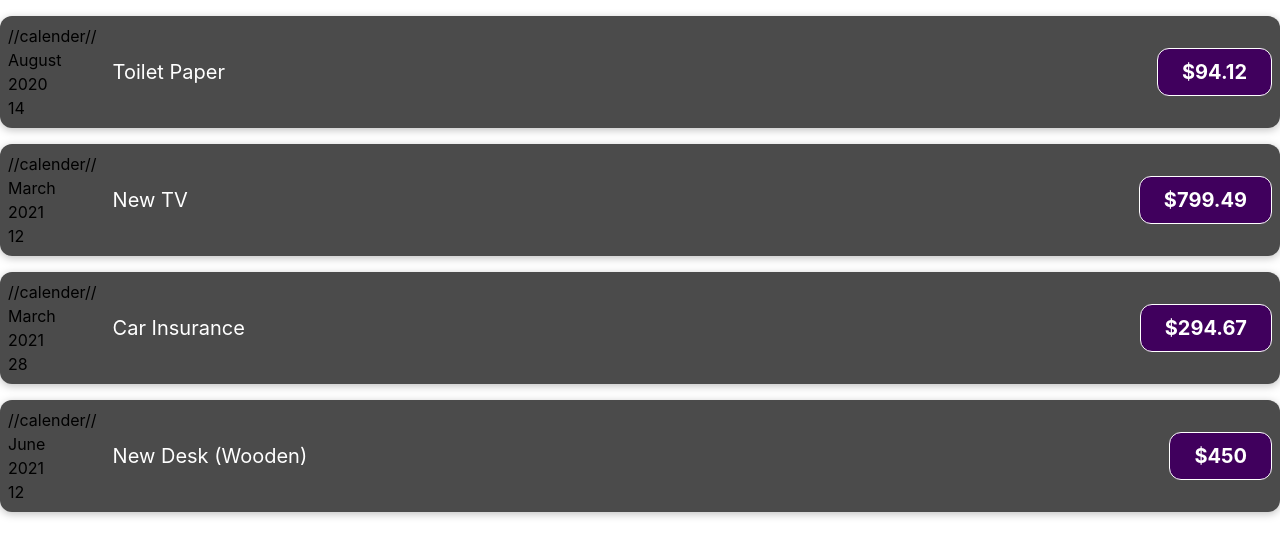
Repository: Sef24/expense-tracker
Page: /
The author's editor kept a copy of each file at every save. The page is drawn from the files as they stood at one save, then again after the next save.
The browser window is 1280 px wide. The pictures show the whole page.
The project was rebuilt for these pictures with package versions that can differ from the ones it lists, and the page was loaded fresh each time.

Above is the page before, as saved 2022-04-21 21:58:52.

### public/index.html
<!DOCTYPE html>
<html lang="en">
  <head>
    <meta charset="utf-8" />
    <link rel="icon" href="%PUBLIC_URL%/favicon.ico" />
    <meta name="viewport" content="width=device-width, initial-scale=1" />

    <meta
      name="description"
      content="Web site created using create-react-app"
    />
    <link rel="apple-touch-icon" href="%PUBLIC_URL%/logo192.png" />
    <!--
      manifest.json provides metadata used when your web app is installed on a
      user's mobile device or desktop. See https://developers.google.com/web/fundamentals/web-app-manifest/
    -->
    <link rel="manifest" href="%PUBLIC_URL%/manifest.json" />
    <!--
      Notice the use of %PUBLIC_URL% in the tags above.
      It will be replaced with the URL of the `public` folder during the build.
      Only files inside the `public` folder can be referenced from the HTML.

      Unlike "/favicon.ico" or "favicon.ico", "%PUBLIC_URL%/favicon.ico" will
      work correctly both with client-side routing and a non-root public URL.
      Learn how to configure a non-root public URL by running `npm run build`.
    -->
    <title>React App</title>
  </head>
  <body>
    <noscript>You need to enable JavaScript to run this app.</noscript>
    <div id="root"></div>
    <!--
      This HTML file is a template.
      If you open it directly in the browser, you will see an empty page.

      You can add webfonts, meta tags, or analytics to this file.
      The build step will place the bundled scripts into the <body> tag.

      To begin the development, run `npm start` or `yarn start`.
      To create a production bundle, use `npm run build` or `yarn build`.
    -->
  </body>
</html>

### src/App.js
import ExpenseItem from "./components/ExpenseItem";

function App() {
  const expenses = [
    {
      id: "e1",
      title: "Toilet Paper",
      amount: 94.12,
      date: new Date(2020, 7, 14),
    },
    { id: "e2", title: "New TV", amount: 799.49, date: new Date(2021, 2, 12) },
    {
      id: "e3",
      title: "Car Insurance",
      amount: 294.67,
      date: new Date(2021, 2, 28),
    },
    {
      id: "e4",
      title: "New Desk (Wooden)",
      amount: 450,
      date: new Date(2021, 5, 12),
    },
  ];
  return (
    <div>
      <h2></h2>
      <ExpenseItem
        title={expenses[0].title}
        amount={expenses[0].amount}
        date={expenses[0].date}
      />

      <ExpenseItem
        title={expenses[1].title}
        amount={expenses[1].amount}
        date={expenses[1].date}
      />
      <ExpenseItem
        title={expenses[2].title}
        amount={expenses[2].amount}
        date={expenses[2].date}
      />
      <ExpenseItem
        title={expenses[3].title}
        amount={expenses[3].amount}
        date={expenses[3].date}
      />
    </div>
  );
}

export default App;

### src/components/ExpenseItem.js
import React from "react";
import "./ExpenseItem.css";

function ExpenseItem(props) {
  const month = props.date.toLocaleString("en-US", { month: "long" });
  const day = props.date.getDate();
  const year = props.date.getFullYear();

  return (
    <div className="expense-item ">
      <div>
        {" "}
        //calender//
        <div>{month}</div>
        <div>{year}</div>
        <div>{day}</div>
      </div>

      <div className="expense-item__description">
        <h2>{props.title}</h2>

        <div className="expense-item__price">${props.amount}</div>
      </div>
    </div>
  );
}

export default ExpenseItem;

### src/components/ExpenseItem.css
.expense-item {
  display: flex;
  justify-content: space-between;
  align-items: center;
  box-shadow: 0 2px 8px rgba(0, 0, 0, 0.25);
  padding: 0.5rem;
  margin: 1rem 0;
  border-radius: 12px;
  background-color: #4b4b4b;
}

.expense-item__description {
  display: flex;
  flex-direction: column;
  gap: 1rem;
  align-items: flex-end;
  flex-flow: column-reverse;
  justify-content: flex-start;
  flex: 1;
}

.expense-item h2 {
  color: #3a3a3a;
  font-size: 1rem;
  flex: 1;
  margin: 0 1rem;
  color: white;
}

.expense-item__price {
  font-size: 1rem;
  font-weight: bold;
  color: white;
  background-color: #40005d;
  border: 1px solid white;
  padding: 0.5rem;
  border-radius: 12px;
}

@media (min-width: 580px) {
  .expense-item__description {
    flex-direction: row;
    align-items: center;
    justify-content: flex-start;
    flex: 1;
  }

  .expense-item__description h2 {
    font-size: 1.25rem;
  }

  .expense-item__price {
    font-size: 1.25rem;
    padding: 0.5rem 1.5rem;
  }
}

Loaded but not shown: src/index.js (common file); src/index.css (common file); tailwind.config.js (common file)

After the next save:
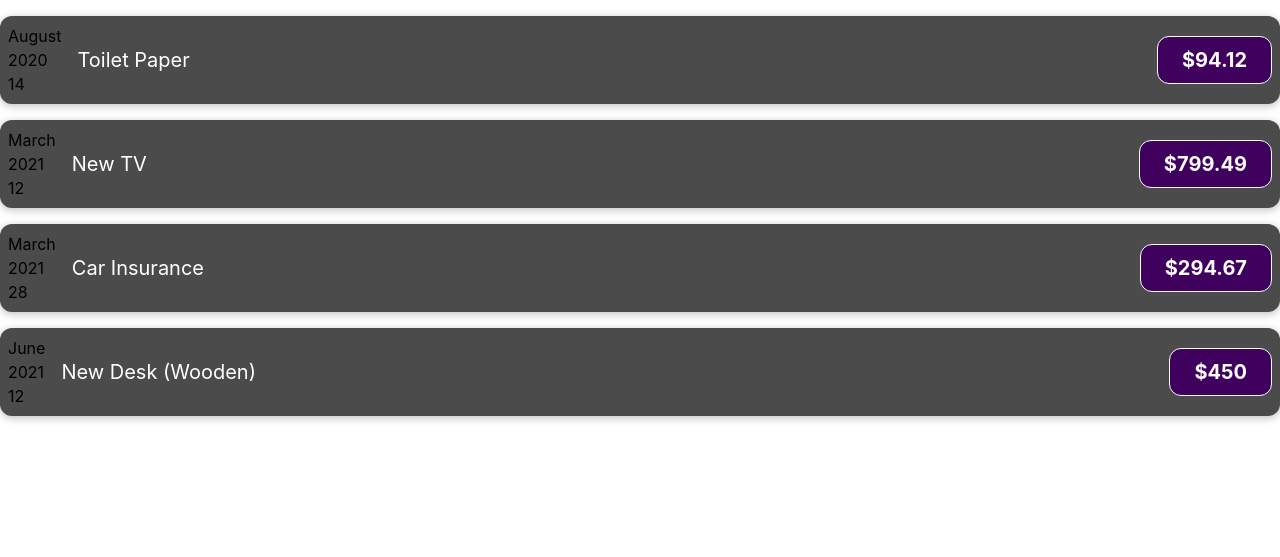
Saved 10 s later.
--- a/src/components/ExpenseItem.js
+++ b/src/components/ExpenseItem.js
@@ -9,8 +9,6 @@ function ExpenseItem(props) {
   return (
     <div className="expense-item ">
       <div>
-        {" "}
-        //calender//
         <div>{month}</div>
         <div>{year}</div>
         <div>{day}</div>
